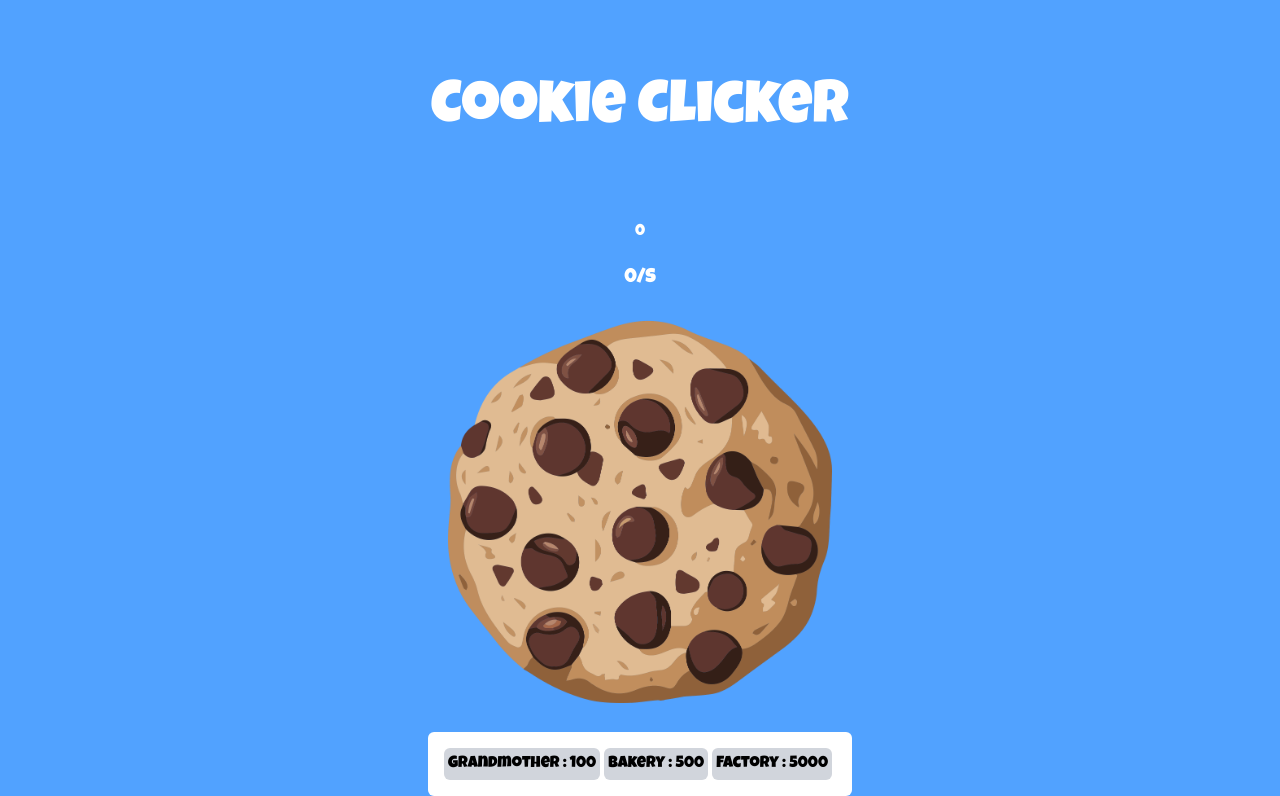
Repository: Cozmoss/cookie_clicker
Page: /
The author's editor kept a copy of each file at every save. The page is drawn from the files as they stood at one save, then again after the next save.
The browser window is 1280 px wide. The pictures show the whole page.
The project was rebuilt for these pictures with package versions that can differ from the ones it lists, and the page was loaded fresh each time. Also part of the build but not shown: vite.config.js, src/App.css.

Above is the page before, as saved 2026-04-24 15:40:24.

### index.html
<!doctype html>
<html lang="en">
	<head>
		<meta charset="UTF-8" />
		<link rel="icon" type="image/svg+xml" href="/favicon.svg" />
		<meta name="viewport" content="width=device-width, initial-scale=1.0" />
		<link href="https://fonts.googleapis.com/css2?family=Luckiest+Guy&display=swap" rel="stylesheet" />
		<title>Cookie Clicker</title>
	</head>
	<body>
		<div id="root"></div>
		<script type="module" src="/src/main.jsx"></script>
	</body>
</html>

### src/index.css
@import "tailwindcss";

:root {
	font-family: "Luckiest Guy";
	background-color: oklch(70.7% 0.165 254.624);
}

### src/App.jsx
import "./App.css";
import Header from "./components/Header";
import CookieCount from "./components/CookieCount";
import CookiePerSecond from "./components/CookiePerSecond";
import Cookie from "./components/Cookie";
import Shop from "./components/Shop";
import { GameProvider } from "./context/GameContext";

function App() {
	return (
		<GameProvider>
			<Header />
			<main className="grid justify-items-center gap-5">
				<CookieCount />
				<CookiePerSecond />
				<Cookie />
				<Shop />
			</main>
		</GameProvider>
	);
}

export default App;

### src/components/Header.jsx
function Header() {
	return <header className="text-6xl text-white text-center my-20">Cookie Clicker</header>;
}

export default Header;

### src/components/CookieCount.jsx
import { useGame } from "../context/GameContext";

function CookieCount() {
    const { state } = useGame();

	return <div className="text-white">{state.count}</div>;
}

export default CookieCount;

### src/components/CookiePerSecond.jsx
import { useGame } from "../context/GameContext";

function CookiePerSecond() {
    const { state } = useGame();
	return <div className="text-white text-xl">{state.cookiePerSecond}/s</div>;
}

export default CookiePerSecond;

### src/components/Cookie.jsx
import cookie from "../assets/cookie.png";
import { useGame } from "../context/GameContext";

function Cookie() {
    const { dispatch } = useGame();
	return (
		<div>
			<button className="cursor-pointer" onClick={() => dispatch({type: "CLICK_COOKIE"})}>
				<img src={cookie} alt="Cookie" className="w-96" />
			</button>
		</div>
	);
}

export default Cookie;

### src/components/Shop.jsx
import { useGame } from "../context/GameContext";

function Shop() {
    const { state, dispatch } = useGame();
	return (
		<div className="bg-white p-4 rounded-md">
            {state.upgrades.map((upgrade) => (
                <button key={upgrade.id} onClick={() => dispatch({type: "BUY_UPGRADE", payload: { cost: upgrade.cost, cps: upgrade.cps }})} disabled={state.count < upgrade.cost} className="bg-gray-300 rounded-md cursor-pointer align-middle px-1 py-1 mr-1">{upgrade.name} : {upgrade.cost}</button>
            ))}
		</div>
	);
}

export default Shop;

### src/context/GameContext.jsx
import { createContext, useContext, useEffect, useReducer } from "react";

const GameContext = createContext()

const initialState = {
    count: 0,
    cookiePerSecond: 0,
    upgrades: [
        {id: 1, name: "Grandmother", cost: 100, cps: 1},
        {id: 2, name: "Bakery", cost: 500, cps: 10},
        {id: 3, name: "Factory", cost: 5000, cps: 100},
    ],
}

function GameReducer(state, action) {
    switch (action.type) {
        case "CLICK_COOKIE":
            return {...state, count: state.count + 1};
        case "BUY_UPGRADE":
            return {...state, count: state.count - action.payload.cost, cookiePerSecond: state.cookiePerSecond + action.payload.cps};
        case "TICK":
            return {...state, count: state.count + state.cookiePerSecond};
        default:
            return state;
    }
}

export function GameProvider({children}) {
    const [state, dispatch] = useReducer(GameReducer, initialState);

    useEffect(() => {
        const interval = setInterval(() => dispatch({type: "TICK"}), 1000);
        return () => clearInterval(interval);
    }, []);

    return (<GameContext.Provider value={{state, dispatch}}>
        {children}
    </GameContext.Provider>);
}

export const useGame = () => useContext(GameContext);

Loaded but not shown: src/main.jsx (common file)

After the next save:
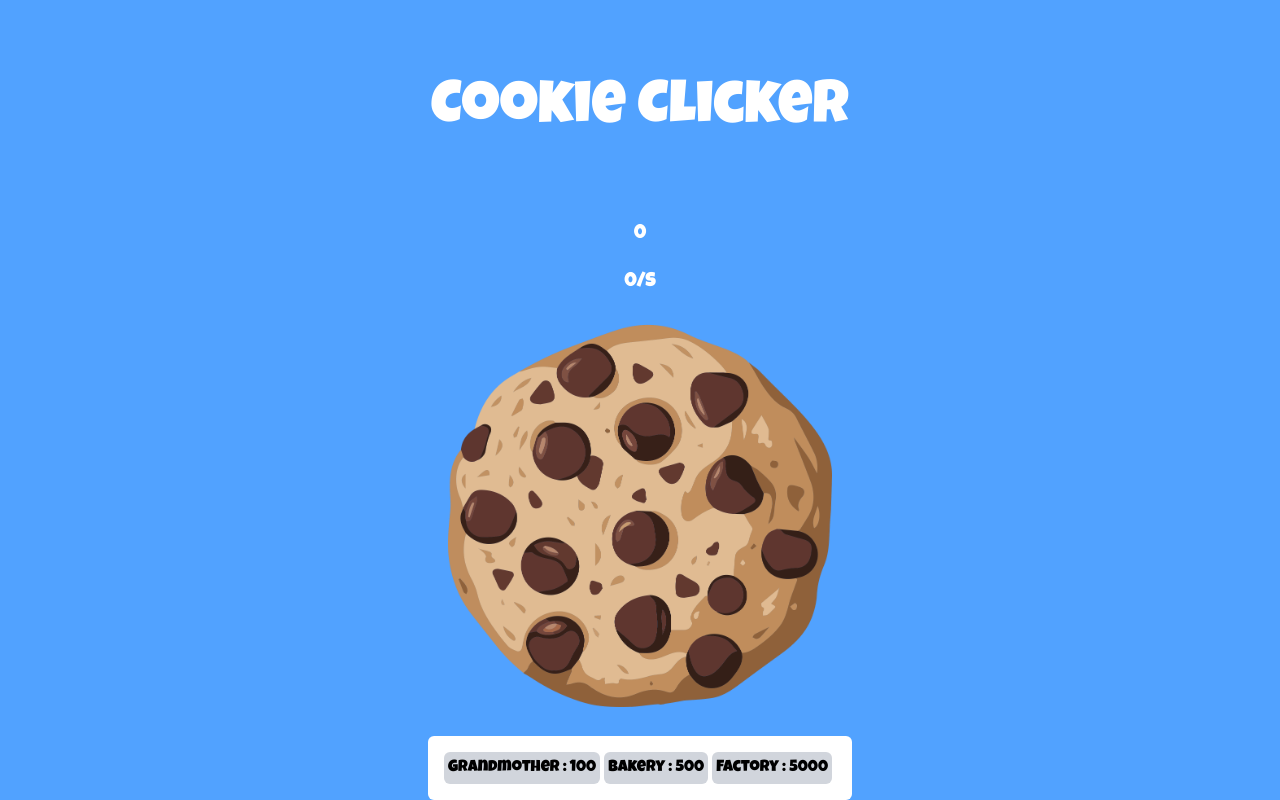
Saved 8 s later.
--- a/src/components/CookieCount.jsx
+++ b/src/components/CookieCount.jsx
@@ -3,7 +3,7 @@ import { useGame } from "../context/GameContext";
 function CookieCount() {
     const { state } = useGame();
 
-	return <div className="text-white">{state.count}</div>;
+	return <div className="text-white text-xl">{state.count}</div>;
 }
 
 export default CookieCount;
